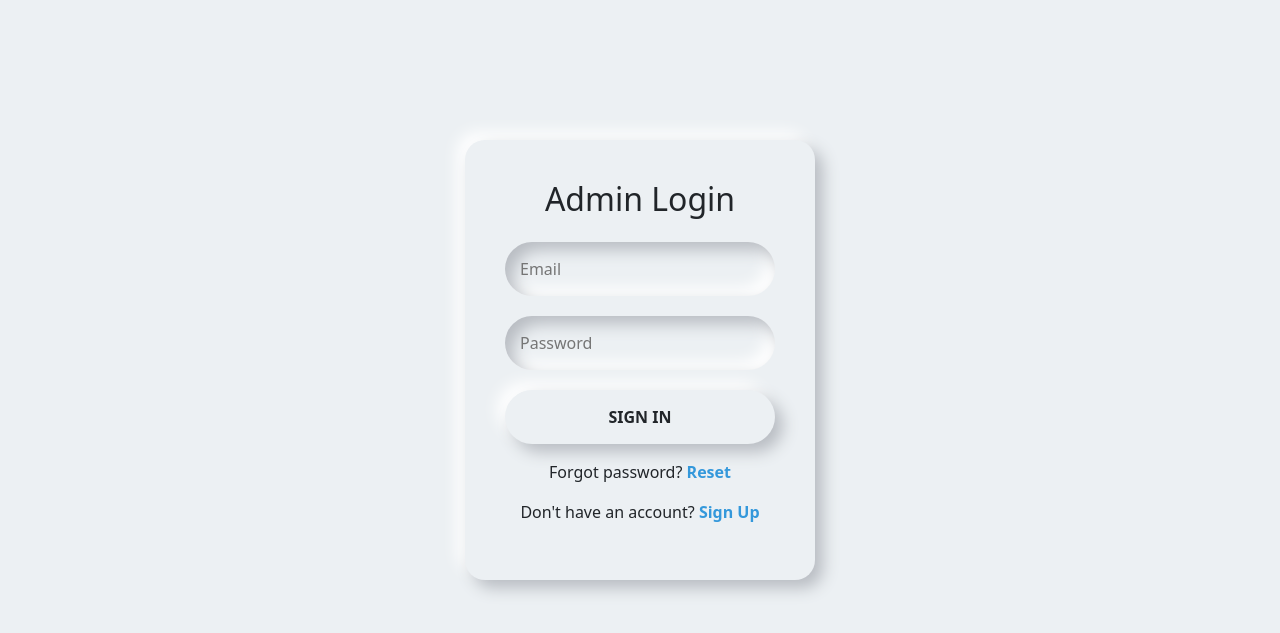
Repository: vishvakarmadiya/laravel_ecommerce
Page: http://localhost/admin/login
These files come from the project's save history. The page is drawn as it stood at one moment and after the next save; the edit follows.
The browser window is 1280 px wide. The pictures show the whole page.
The page is served by the project's Laravel application, run on PHP 8.4 with Laravel 12. Other server files are loaded and not shown.

Above is the page before, as saved 2025-03-04 13:29:36.

### app/Helpers/CustomHelper.php
<?php

use App\Models\Cart;
use App\Models\Category;
use App\Models\Order;
use App\Models\OrderAddress;
use App\Models\Product;
use App\Models\Slider;
use Illuminate\Support\Facades\Auth;
use Illuminate\Support\Facades\DB;

function getCtegorys()
{
  return  Category::orderBy('id', 'ASC')->get();
}
function getproduct()
{
  return  Product::orderBy('id', 'ASC')->get();
}
function getSlider()
{
  return  Slider::orderBy('id', 'ASC')->get();
}
function getFeature()
{
  return Product::orderBy('id', 'ASC')->take(5)->get();
}
function getLatestProducts()
{
  return Product::orderBy('created_at', 'DESC')->take(5)->get();
}
function getCart()
{
  return Cart::where('carts.user_id', auth()->id())
    ->join('products', 'carts.product_id', '=', 'products.id')
    ->select('carts.*', 'products.name', 'products.image', 'products.price')
    ->where('carts.status', 'active') // Specify the table name for clarity
    ->get();
}
function getUserOrders()
{
  return DB::table('orders')
    ->join('users', 'orders.user_id', '=', 'users.id')
    ->where('orders.user_id', auth()->id())
    ->select('orders.*', 'users.name as name', 'users.email as user_email')
    ->orderBy('orders.created_at', 'desc') // Orders latest first
    ->get();
}
function getUserOrdersAddress()
{

 return OrderAddress::where('user_id', Auth::id())
  ->orderBy('id', 'desc')
  ->limit(1)
  ->get();

}

### routes/web.php
<?php

use App\Http\Controllers\AdminController;
use App\Http\Controllers\AdminLoginController;
use App\Http\Controllers\BrandController;
use App\Http\Controllers\CartController;
use App\Http\Controllers\CategoryController;
use App\Http\Controllers\CheckoutController;
use App\Http\Controllers\ForgaetPasswordController;
use App\Http\Controllers\ForntendController;
use App\Http\Controllers\OrderController;
use App\Http\Controllers\ProductController;
use App\Http\Controllers\ProfileController;
use App\Http\Controllers\RazopayController;
use App\Http\Controllers\SliderController;
use App\Http\Controllers\SubcategoryController;
use App\Http\Controllers\UserDiatilsController;
use App\Models\Brand;
use Illuminate\Support\Facades\Route;
use App\Http\Middleware\AdminAuth;


Route::get('/', function () {
    return view('welcome');
});


Route::get('index', [AdminController::class, 'index_login'])->name('index_login');
Route::get('add-product', [ProductController::class, 'prodcutAdd'])->name('productAdd');
Route::post('product-store', [ProductController::class, 'productstore'])->name('productstore');
Route::get('manage-product', [ProductController::class, 'productManage'])->name('productManage');
Route::delete('product_delete/{id}', action: [ProductController::class, 'product_delete'])->name('product_delete');
Route::get('{data}productEdit', [ProductController::class, 'productEdit'])->name('productEdit');
Route::put('/productupdate{id}', [ProductController::class, 'productupdate'])->name('productupdate');

Route::get('category-add', [CategoryController::class, 'categoryAdd'])->name('categoryAdd');
Route::post('category-store', [CategoryController::class, 'categoryStore'])->name('categoryStore');
Route::get('category-manage', [CategoryController::class, 'categoryManage'])->name('categoryManage');
Route::get('{data}categoryEdit', [CategoryController::class, 'categoryEdit'])->name('categoryEdit');
Route::delete('catagoryDelete/{id}', [CategoryController::class, 'catagoryDelete'])->name('destroy');
Route::put('/updatecategory/{id}', [CategoryController::class, 'updatecategory'])->name('updatecategory');

Route::get('sub-category-add', [SubcategoryController::class, 'subCategoryAdd'])->name('subCategoryAdd');
Route::post('store', action: [SubcategoryController::class, 'subcategoryStore'])->name('subcategoryStore');
Route::get('sub-category-manage', [SubcategoryController::class, 'subCategoryManage'])->name('subCategoryManage');
Route::get('{data}subcategoryupdate', [SubcategoryController::class, 'subcategoryEdit'])->name('subcategoryEdit');
Route::put('/subcategoryupdate{id}', [SubcategoryController::class, 'SubCategoryUpdate'])->name('SubCategoryUpdate');
Route::delete('/subcategory/{id}', [SubCategoryController::class, 'sub_category_destroy'])->name('sub_category_destroy');

Route::get('brand-add', [BrandController::class, 'brandAdd'])->name('brandAdd');
Route::get('brand-manage', [BrandController::class, 'brandManage'])->name('brandManage');
Route::post('bradstore', action: [BrandController::class, 'bradstore'])->name('bradstore');
Route::get('{data}brandEdit', [BrandController::class, 'brandEdit'])->name('brandEdit');
Route::put('/brand_update{id}', [BrandController::class, 'brand_update'])->name('brand_update');
Route::delete('/brand/{id}', [BrandController::class, 'brand_delete'])->name('brand_delete');

Route::get('slider-add', [SliderController::class, 'sliderAdd'])->name('sliderAdd');
Route::get('slider-manage', [SliderController::class, 'sliderManage'])->name('sliderManage');
Route::post('sliderstore', [SliderController::class, 'sliderstore'])->name('sliderstore');
Route::get('index', [AdminController::class, 'index_login'])->name('admin.index');


// Guest Routes - Grouped under admin.guest middleware

Route::get('/', [ForntendController::class, 'index'])->name('index');
Route::get('/kittu', [ForntendController::class, 'index'])->name('index');
Route::get('resiter', [AdminLoginController::class, 'resitorShow'])->name('admin.register');
Route::get('/admin/login', [AdminLoginController::class, 'login'])->name('admin.login');

Route::post('admin/logout', [AdminLoginController::class, 'adminLogout'])->name('adminLogout');


Route::post('/admin/login', [AdminLoginController::class, 'Admil_login'])->name('Admil_login');
Route::post('/admin/resiter', [AdminLoginController::class, 'Admin_store'])->name('Admin_store');
Route::get('kittusweety', [ForntendController::class, 'index'])->name('index');
Route::get('Kittu/{categoryName?}', [ForntendController::class, 'products_listing'])->name('products_listing');
Route::get('ditilails/{productName?}', [ForntendController::class, 'product_ditails'])->name('product_ditails');
Route::get('kittu/profile', [ProfileController::class, 'profile'])->name('profile');
Route::get('kittu/profile', [ProfileController::class, 'profile'])->name('profile');
Route::post('kittu', [ProfileController::class, 'profile_logout'])->name('logout');
Route::post('/cart/add', [CartController::class, 'addcart'])->name('addcart');
Route::get('/cart/add/show', [CartController::class, 'addcartshow'])->name('addcartshow');
Route::get('kittu/checkout', [CheckoutController::class, 'checkout'])->name('checkout');
Route::put('/cart_update/{id}', [CartController::class, 'cart_update'])->name('cart_update');
Route::delete('/cart/remove/{id}', [CartController::class, 'removeFromCart'])->name('cart.remove');

Route::get('/order/store', [OrderController::class, 'order_store'])->name('order_store');

Route::get('/order/clear/{payment_id}', [OrderController::class, 'cartClear'])->name('cartClear');
Route::get('/shipingAdrass', [CheckoutController::class, 'shipingAddrase'])->name('shipingAddrase');
Route::post('/pament', [CheckoutController::class, 'orderAddress'])->name('orderAddress');
Route::get('/order/success', function () {
    return view('order.success');
})->name('order.success');

Route::get('admin/order', [OrderController::class, 'orderindex'])->name('orderindex');
Route::post('kittu/orders/peyment', [OrderController::class, 'verifyPayment'])->name('razorpay.verify');
Route::get('admin/user', [UserDiatilsController::class, 'userDiatils'])->name('userDiatils');
Route::put('/order/status/update/{orderid}', [OrderController::class, 'updateStatus'])->name('order_status_update');


Route::get('/forgot-password', [ForgaetPasswordController ::class, 'forgetPasswordShow'])->name('forgetPasswordShow');
Route::post('/forgot-password', [ForgaetPasswordController ::class, 'forgetPassword'])->name('forgetPassword');
Route::get('/reset-password', [ForgaetPasswordController ::class, 'showResetForm'])->name('password.reset');
Route::post('/reset-password', [ForgaetPasswordController ::class, 'resetPassword'])->name('resetPassword');

Route::get('/search', [ProductController::class, 'search'])->name('product.search');

### app/Http/Controllers/AdminLoginController.php
<?php

namespace App\Http\Controllers;

use App\Mail\LoginMail;
use App\Mail\RegisterMail;
use App\Models\User;
use Illuminate\Http\Request;
use Illuminate\Support\Facades\Auth;
use Illuminate\Support\Facades\Hash;
use Illuminate\Support\Facades\Mail;
use Illuminate\Support\Facades\Validator;


class AdminLoginController extends Controller
{
    /**
     * Show the admin login form.
     */
    public function login()
    {
        return view('admin.login');
    }

    public function Admil_login(Request $request)
    {
        $credentials = $request->validate([
            'email' => 'required|email',
            'password' => 'required|min:6',
        ]);

        if (Auth::attempt($credentials)) {
            $user = Auth::user();

            // Check if the user has a valid role (admin or user)
            if ($user->role === 'admin') {
                return redirect()->route('admin.dashboard')->with('success', 'Welcome Admin!');
            } elseif ($user->role === 'user') {
                // Store user name in session
                session(['user_name' => $user->id]);
                $to = $user->email;
                $subject = "Login Notification";
                $message = "You have successfully logged in.";
                Mail::to($to)->send(new LoginMail( $subject, $message));

                return redirect()->route('index')->with('success', 'Welcome User!');
            } else {
                Auth::logout(); // Log out the user if role is invalid
                return redirect()->back()->with('error', 'Unauthorized access! Contact support.');
            }
        }

        return redirect()->back()->with('error', 'Invalid email or password.');
    }


    public function storeSessionCart(Request $request)
    {
        $cart = $request->cart;
        if ($cart) {
            session()->put('cart', $cart);
        }
        return response()->json(['success' => true]);
    }


    /**
     * Show the admin registration form.
     */
    public function resitorShow()
    {
        return view('admin.register');
    }

    /**
     * Store a new admin user.
     */
    public function Admin_store(Request $request)
    {
        // Validate input
        $validatedData = $request->validate([
            'name' => 'required|string|max:255',
            'email' => 'required|email|unique:users,email',
            'password' => 'required|string|min:8|confirmed', // Password confirmation required
        ]);

        // Create the user
        $user = User::create([
            'name' => $validatedData['name'],
            'email' => $validatedData['email'],
            'password' => Hash::make($validatedData['password']), // Hash password

        ]);
        $to = $validatedData['email'];
        $subject = "Welcome to our website";
        $message = "You have successfully registered";

        Mail::to($to)->send(new RegisterMail($subject, $message));

        return redirect()->route('admin.login')->with('success', 'Admin user created successfully.');
    }

    /**
     * Handle admin logout.
     */
    public function adminLogout()
    {
        Auth::logout();
        return redirect()->route('admin.login')->with('success', 'Logged out successfully.');
    }
}

### resources/views/admin/login.blade.php
<!DOCTYPE html>
<html lang="en">

<head>
   @include ('admin.admin_login_heeder')
</head>

<body>

    <div class="login-container">
        <h2 class="mb-4">Admin Login</h2>

        <!-- Display Validation Errors -->
        @if ($errors->any())
        <div class="alert alert-danger">
            <ul>
                @foreach ($errors->all() as $error)
                    <li>{{ $error }}</li>
                @endforeach
            </ul>
        </div>
        @endif

        <!-- Display Session Error Message -->
        @if(session('error'))
        <div class="alert alert-danger">{{ session('error') }}</div>
        @endif

        <!-- Display Session Success Message -->
        @if(session('success'))
        <div class="alert alert-success">{{ session('success') }}</div>
        @endif

        <form action="{{ route('Admil_login') }}" method="POST">
            @csrf
            @method('post')
            <input type="email" class="input-field" name="email" placeholder="Email" autocomplete="off">
            @error('email')
            <div class="text-danger">{{ $message }}</div>
            @enderror

            <input type="password" class="input-field" name="password" placeholder="Password" autocomplete="off">
            @error('password')
            <div class="text-danger">{{ $message }}</div>
            @enderror

            <button type="submit" class="btn btn-custom">SIGN IN</button>
        </form>

        <p class="mt-3">Forgot password? <a href="{{ route('forgetPasswordShow') }}">Reset</a></p>

        <!-- Switch to Sign Up -->
        <p class="mt-3">Don't have an account? <a href="{{ route('admin.register') }}">Sign Up</a></p>
    </div>

</body>

</html>

### resources/views/admin/admin_login_heeder.blade.php
 <meta charset="UTF-8">
    <meta name="viewport" content="width=device-width, initial-scale=1.0">
    <title>Admin Login</title>
    <link href="https://cdn.jsdelivr.net/npm/bootstrap@5.3.0/dist/css/bootstrap.min.css" rel="stylesheet">
    <style>
        /* CSS for Anchor Link */
        a {
            text-decoration: none;
            color: #3498db;
            font-weight: bold;
            transition: color 0.3s ease, transform 0.3s ease;
        }

        a:hover {
            color: #2ecc71;
            transform: scale(1.1);
        }

        a:focus {
            outline: none;
        }

        body {
            background: #ecf0f3;
            display: flex;
            justify-content: center;
            align-items: center;
            height: 100vh;
        }

        .login-container {
            background: #ecf0f3;
            padding: 40px;
            border-radius: 20px;
            box-shadow: 8px 8px 16px #b8bcc2, -8px -8px 16px #ffffff;
            width: 350px;
            text-align: center;
        }

        .input-field {
            background: #ecf0f3;
            border: none;
            border-radius: 50px;
            padding: 15px;
            box-shadow: inset 8px 8px 16px #b8bcc2, inset -8px -8px 16px #ffffff;
            width: 100%;
            margin-bottom: 20px;
            outline: none;
        }

        .btn-custom {
            background: #ecf0f3;
            border: none;
            border-radius: 50px;
            padding: 15px;
            box-shadow: 8px 8px 16px #b8bcc2, -8px -8px 16px #ffffff;
            width: 100%;
            font-weight: bold;
        }

        .btn-custom:hover {
            box-shadow: inset 4px 4px 8px #b8bcc2, inset -4px -4px 8px #ffffff;
        }

        /* Styling for error messages */
        .text-danger {
            color: #e74c3c;
            font-size: 14px;
            margin-top: 5px;
            font-weight: bold;
            text-align: left;
        }

        .alert-danger {
            background-color: #f8d7da;
            border-color: #f5c6cb;
            color: #721c24;
            padding: 10px;
            border-radius: 5px;
            margin-bottom: 15px;
            font-size: 14px;
        }

        .alert-danger ul {
            list-style-type: none;
            padding-left: 0;
            margin-bottom: 0;
        }

        .alert-danger li {
            margin-bottom: 5px;
        }
    </style>

Loaded but not shown: app/Http/Controllers/Controller.php (common file)

After the next save:
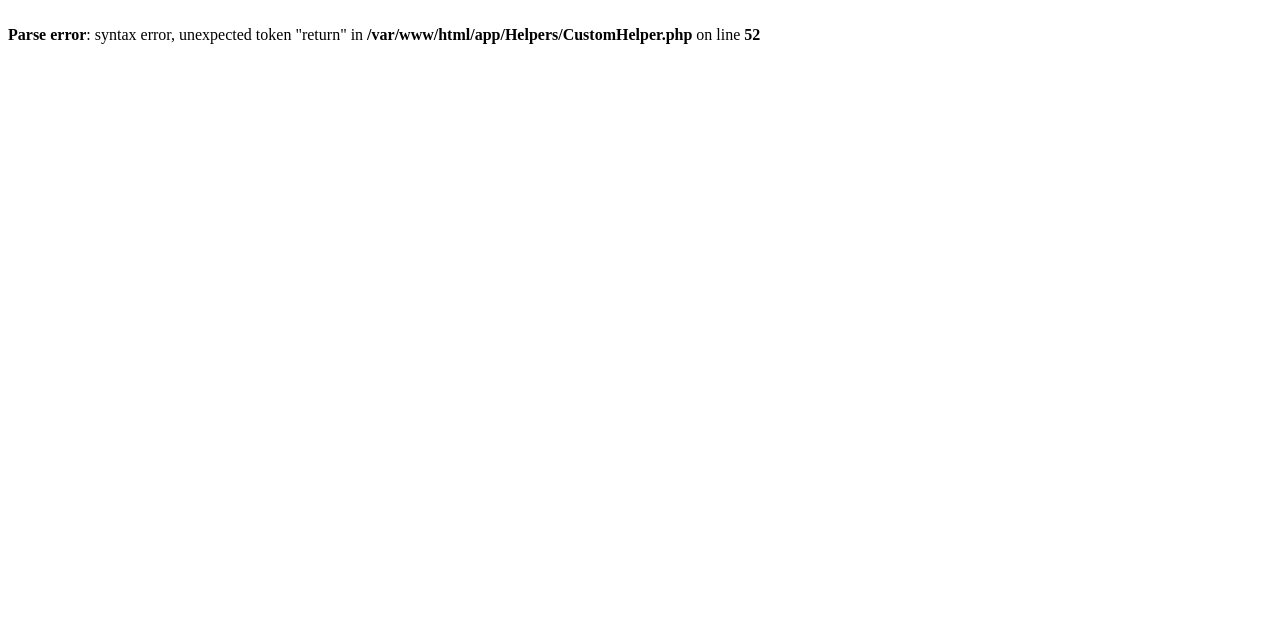
Saved 71 s later.
--- a/app/Helpers/CustomHelper.php
+++ b/app/Helpers/CustomHelper.php
@@ -49,7 +49,7 @@
 function getUserOrdersAddress()
 {
 
- return OrderAddress::where('user_id', Auth::id())
+  $latestAddress=return OrderAddress::where('user_id', Auth::id())
   ->orderBy('id', 'desc')
   ->limit(1)
   ->get();

After the save that followed:
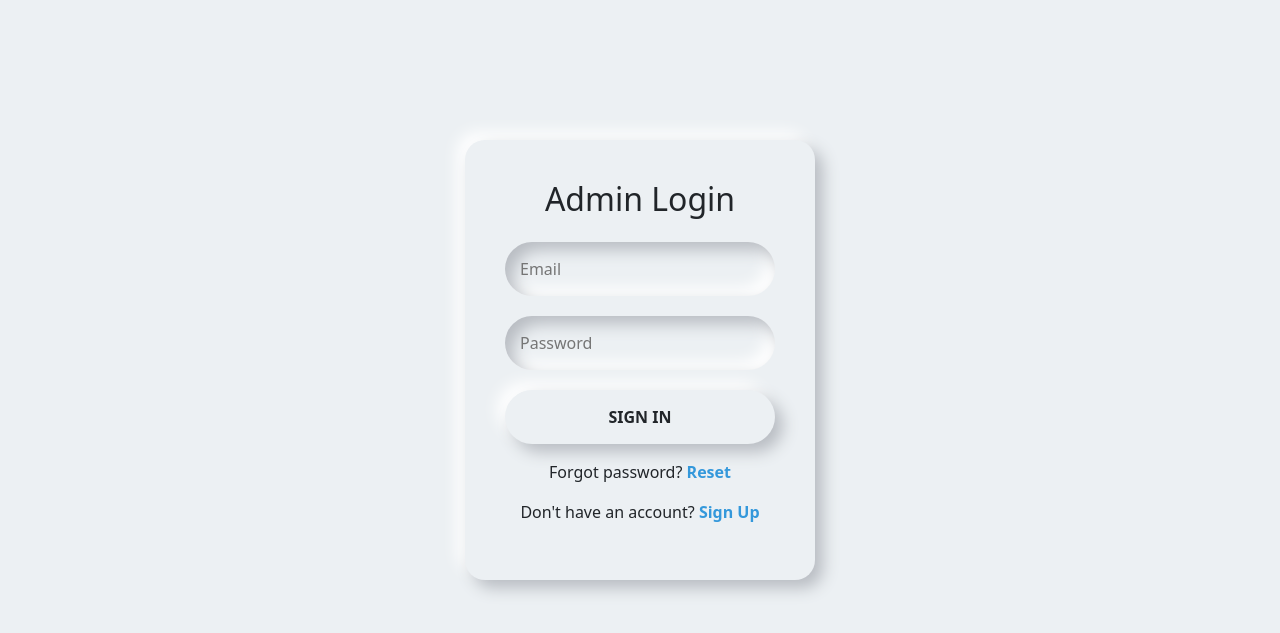
Saved 4 s later.
--- a/app/Helpers/CustomHelper.php
+++ b/app/Helpers/CustomHelper.php
@@ -49,7 +49,7 @@
 function getUserOrdersAddress()
 {
 
-  $latestAddress=return OrderAddress::where('user_id', Auth::id())
+  $latestAddress= OrderAddress::where('user_id', Auth::id())
   ->orderBy('id', 'desc')
   ->limit(1)
   ->get();
